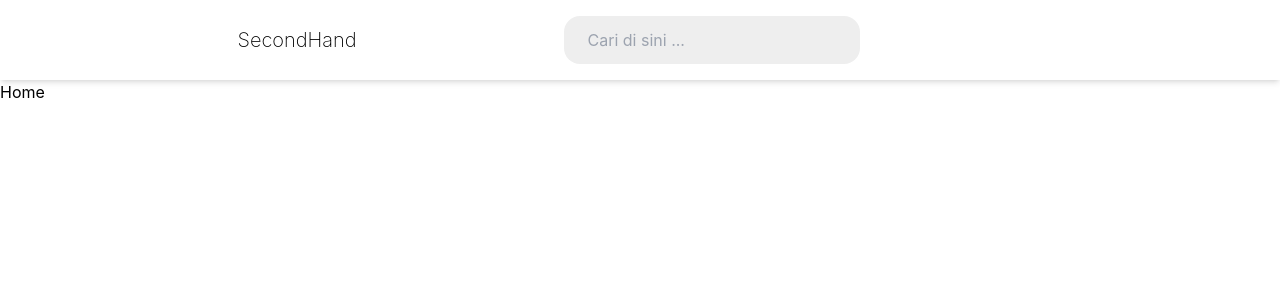
Repository: farrelmuhammad/real-estate-react
Page: /
An editor plug-in stored every save of this project. The page is shown before and after the next save, followed by the edit.
The browser window is 1280 px wide. The pictures show the whole page.
The project was rebuilt for these pictures with package versions that can differ from the ones it lists, and the page was loaded fresh each time. Also part of the build but not shown: src/App.css.

Above is the page before, as saved 2023-02-06 18:33:30.

After the next save:
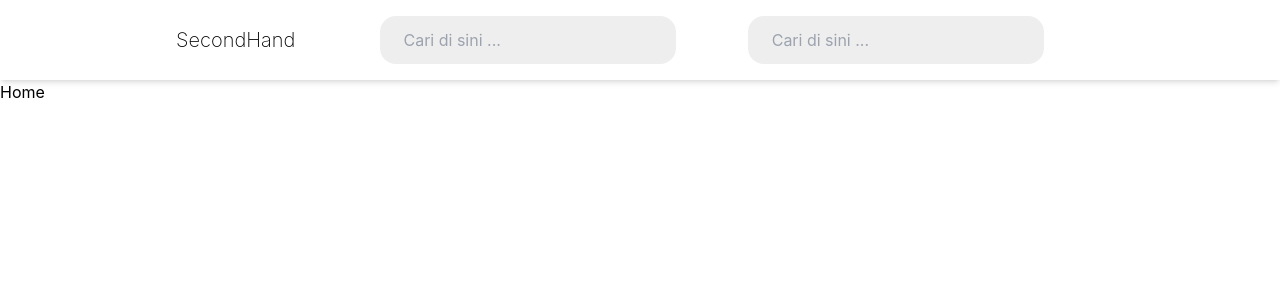
Saved 9 s later.
--- a/src/components/Navbar.jsx
+++ b/src/components/Navbar.jsx
@@ -9,6 +9,15 @@ const Navbar = () => {
             >
                 <div className="container-fluid w-full flex flex-wrap items-center justify-between lg:justify-around lg:max-w-screen-lg lg:mx-auto">
                     <div className="bg-purple-5 px-3 py-2 text-xl text-black font-extralight">SecondHand</div>
+                    <div className="hidden lg:flex gap-5 items-center lg:flex-grow-0">
+                        <div className="h-12 bg-white rounded-2xl py-3 px-6 text-neutral-3 flex lg:bg-[#EEEEEE]">
+                            <input
+                                className="w-full h-full bg-transparent focus:outline-none"
+                                placeholder="Cari di sini ..."
+                            />
+                            {/* <FiSearch className="text-2xl" /> */}
+                        </div>
+                    </div>
                     <div className="hidden lg:flex gap-5 items-center lg:flex-grow-0">
                         <div className="h-12 bg-white rounded-2xl py-3 px-6 text-neutral-3 flex lg:bg-[#EEEEEE]">
                             <input
